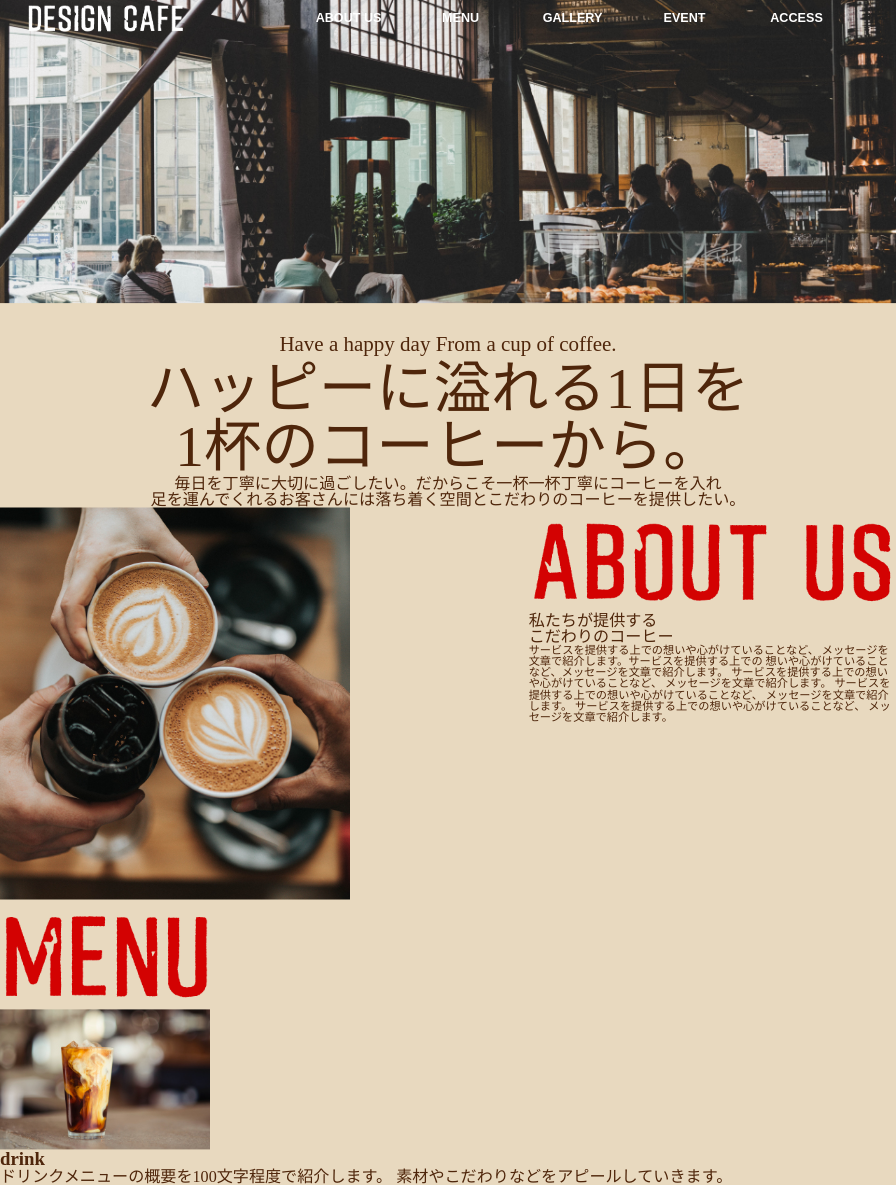
Repository: sonoyama01/dezasuta
Page: 第4回課題/index.html
An editor plug-in stored every save of this project. The page is shown before and after the next save, followed by the edit.
The browser window is 1280 px wide. The pictures show the whole page, at 70% of full size.

Above is the page before, as saved 2024-05-02 11:24:47.

After the next save:
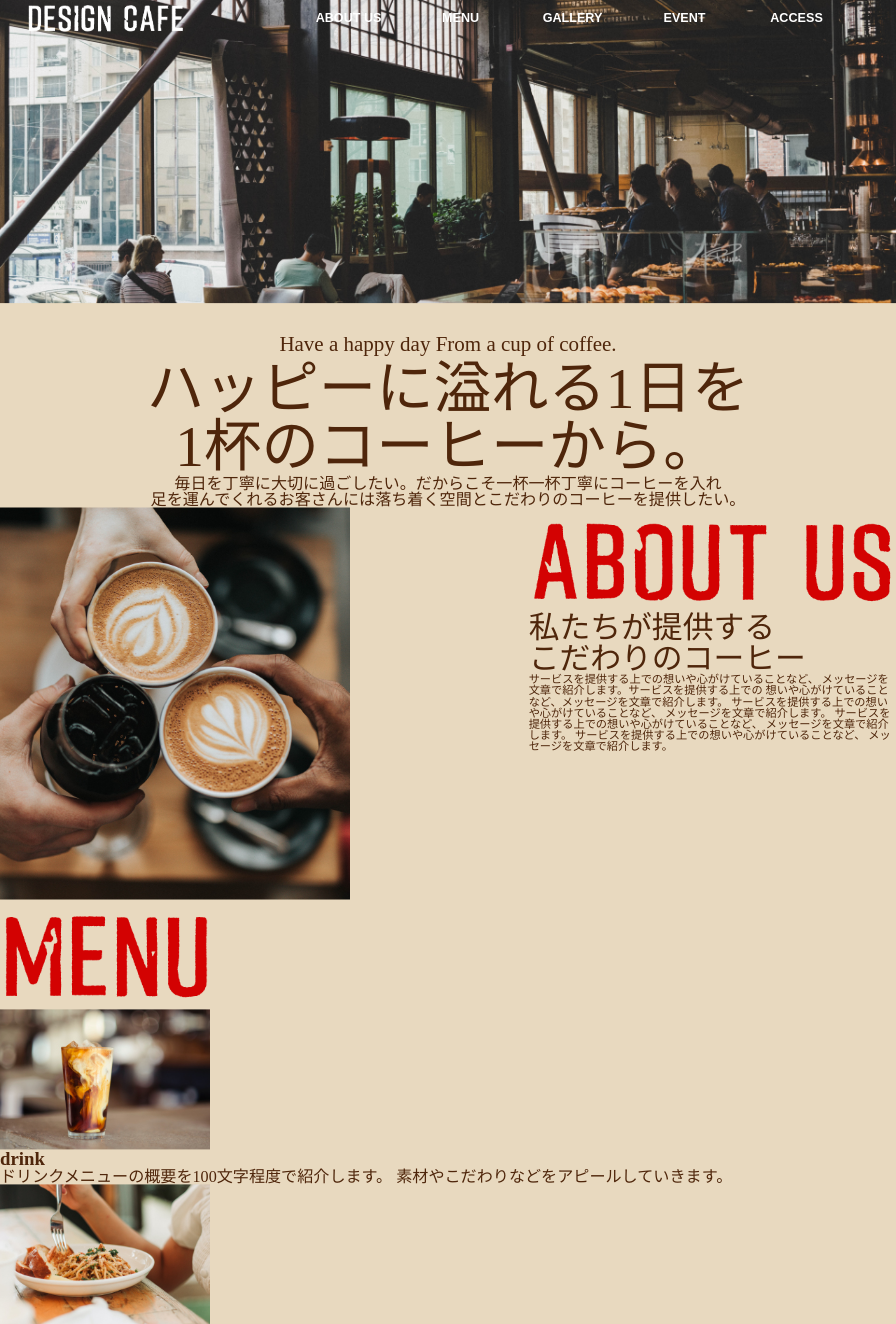
Saved 70 s later.
--- a/第4回課題/index.html
+++ b/第4回課題/index.html
@@ -44,8 +44,8 @@
             <div class="about_us_im"><img src="./images/pc_about-100.jpg" alt=""></div>
             <div class="about_us_text">
                 <h2><img src="./images/about_us@2x.png" alt=""></h2>
-                <p class="abouot_us_concept">私たちが提供する<br>
-                    こだわりのコーヒー</p><!-- /.abouot_us_concept -->
+                <p class="about_us_concept">私たちが提供する<br>
+                    こだわりのコーヒー</p><!-- /.about_us_concept -->
                 <p class="about_us_texts">
                     サービスを提供する上での想いや心がけていることなど、
                     メッセージを文章で紹介します。サービスを提供する上での
@@ -89,6 +89,10 @@
                 <p class="menu_tx">ドリンクメニューの概要を100文字程度で紹介します。
                     素材やこだわりなどをアピールしていきます。</p><!-- /.menu_tx -->
             </div><!-- /.drink -->
+            <div class="food">
+                <img src="./images/pc_menu_food-100.jpg" alt="food">
+
+            </div><!-- /.food -->
         </div><!-- /.menu_fx -->
     </section><!-- /#menu -->
 
